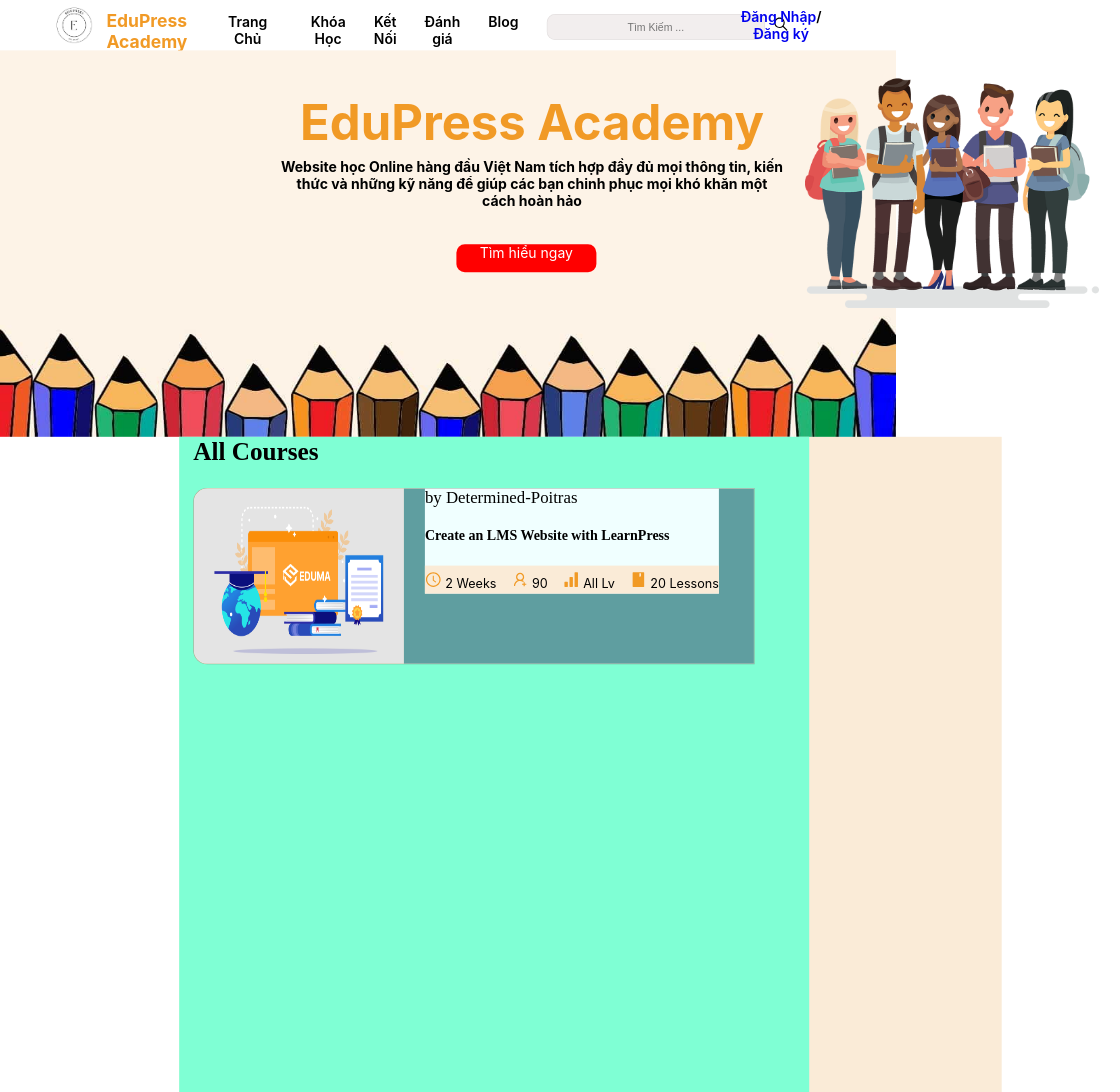
Repository: hieu1802/WebsiteEdupress
Page: /CouresPage (app in my-app/)
These files come from the project's save history. The page is drawn as it stood at one moment and after the next save; the edit follows.
The browser window is 1280 px wide. The page is 1600 px wide, so the pictures cover 1600 px, including what lies to the right of the window. The pictures show the part of the page from y = 0 to 1560 px (the page is 2404 px tall), at 70% of full size.
The project was rebuilt for these pictures with package versions that can differ from the ones it lists, and the page was loaded fresh each time. Also part of the build but not shown: my-app/src/App.css, my-app/src/Components/data/FeaturedCoursesDaa.jsx, my-app/src/Components/data/topCategories.jsx, my-app/src/Components/HomePage/ContainerPage.jsx, my-app/src/Components/HomePage/HomePage.jsx, my-app/src/Components/Login/Login.css, my-app/src/Components/Modal/Modal.css, my-app/src/Components/Modal/Modal.jsx and 5 more.

Above is the page before, as saved 2024-08-15 18:27:00.

After the next save:
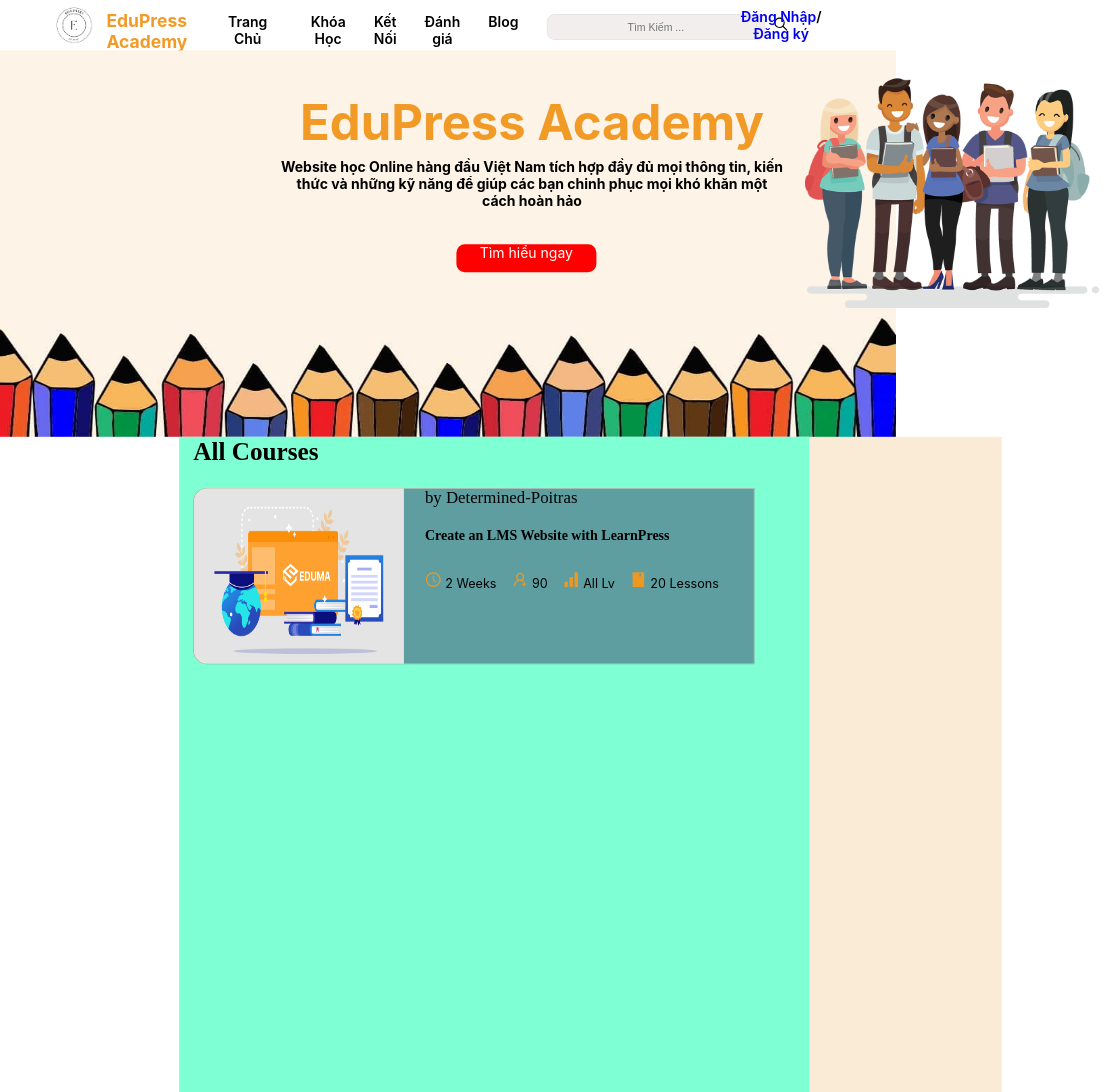
Saved 24 s later.
--- a/my-app/src/Components/CouresPage/Container.css
+++ b/my-app/src/Components/CouresPage/Container.css
@@ -55,7 +55,6 @@
 .text{
     width: 420px;
     height: 150px;
-    background-color: azure;
     display: flex;
     margin-left: 30px;
     flex-direction: column;
@@ -81,7 +80,6 @@
 .iconsValue{
     width: 100%;
     height: 40px;
-    background-color: antiquewhite;
     display: flex;
     justify-content: space-between;
 }
